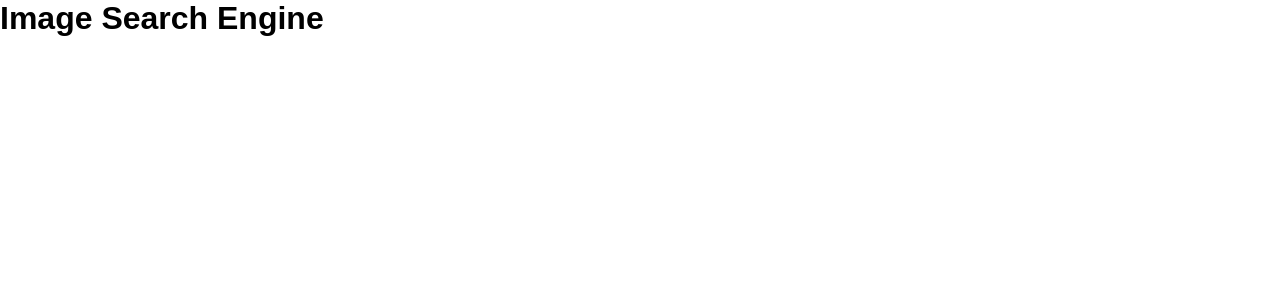
Repository: AbdullahOwais-Dev/Image-Search-App
Page: index.html
The author's editor kept a copy of each file at every save. The page is drawn from the files as they stood at one save, then again after the next save.
The browser window is 1280 px wide. The pictures show the whole page.

Above is the page before, as saved 2025-02-09 00:11:48.

### index.html
<!DOCTYPE html>
<html lang="en">
<head>
    <meta charset="UTF-8">
    <meta name="viewport" content="width=device-width, initial-scale=1.0">
    <link rel="stylesheet" href="style.css">
    <link rel="shortcut icon" href="icon.png" type="image/x-icon">
    <title>Image Search</title>
</head>
<body>

    <h1>Image Search Engine</h1>

</body>
</html>

### style.css
*{
    margin: 0;
    padding: 0;
    box-sizing: border-box;
    font-family: 'poppins', sans-serif;
}
body{
    background: #;
}

After the next save:
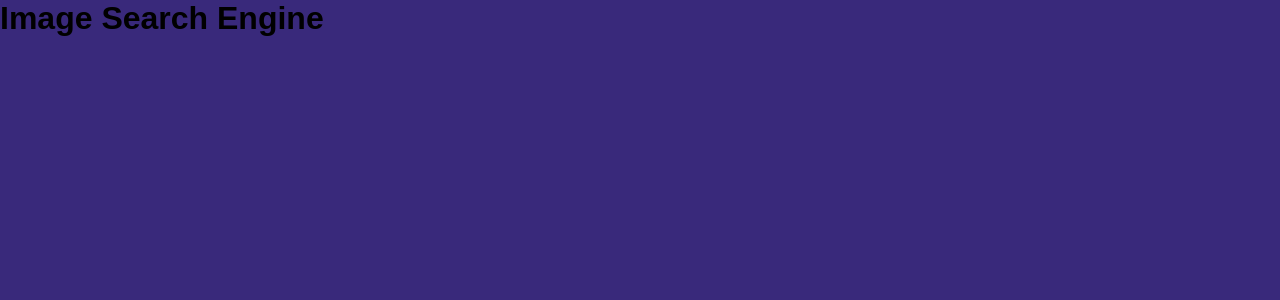
Saved 6 s later.
--- a/style.css
+++ b/style.css
@@ -5,5 +5,5 @@
     font-family: 'poppins', sans-serif;
 }
 body{
-    background: #;
+    background: #39297b;
 }
